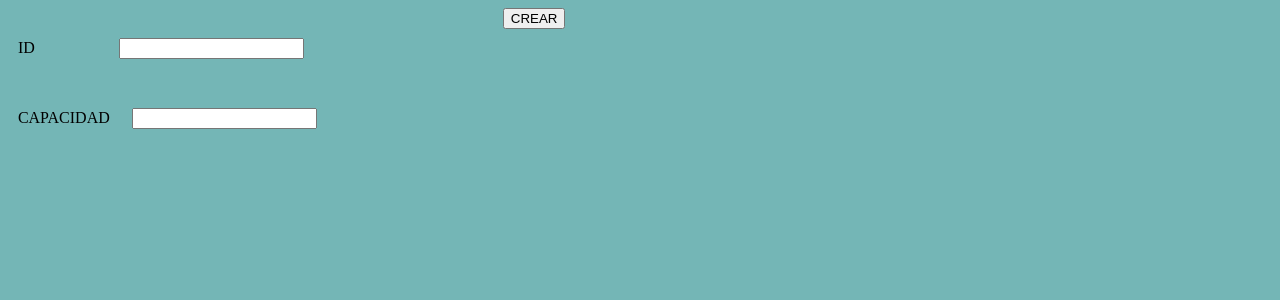
Repository: Robin-Rivadeneira/prueva_pablo
Page: index.html
An editor plug-in stored every save of this project. The page is shown before and after the next save, followed by the edit.
The browser window is 1280 px wide. The pictures show the whole page.

Above is the page before, as saved 2020-01-16 20:31:39.

### index.html
<!DOCTYPE html>
<html lang="en">
<head>
    <meta charset="UTF-8">
    <meta name="viewport" content="width=device-width, initial-scale=1.0">
    <meta http-equiv="X-UA-Compatible" content="ie=edge">
    <LINK REL=StyleSheet HREF="/css/bomberos.css" TYPE="text/css" MEDIA=screen>
    <title> Motobombas</title>
</head>
<body>
    <div>
        <label class="id">ID</label>
        <input type="number" id="id">
        <label class="capacidad">CAPACIDAD</label>
        <input type="number" id="capacidad" >
        <button type="button" class="button" onclick="moto.guardar()">CREAR</button>
    </div>
    <br>
    <div id="img">

    </div>
    <br>
    <div id="estado">

    </div>
    <br>
    <div id="pintar">
    </div>
</body>
<script src="/js/Motobomba.js"></script>
<script src="/js/Bombero.js"></script>
</html>

### css/bomberos.css
body{
    background-color: rgb(116, 182, 182);
}
.id{
    position: relative;
    left: 10px;
    top: 30px;
}
#id{
    position: relative;
    top: 30px;
    left: 90px;
}

.capacidad{
    position: relative;
    top: 100px;
    right: 200px;
}
#capacidad{
    position: relative;
    top: 100px;
    right: 182px;
}
.button{
    position: relative;
    top: ;
}

### js/Motobomba.js
class Motobomba {
    constructor(id, capacidad, estado = false) {
        this.id = id;
        this.capacidad = capacidad;
        this.estado = estado;
    }
    prender() {
        this.estado = true;
    }
    apagar() {
        this.estado = false;
    }
    getEstado() {
        return this.estado;
    }
    toString() {
        if (this.estado == true) {
            document.getElementById('estado').innerHTML='<img src="img/verde.jpg" windth="130px" height="100px">'
            var parrafo=document.createElement('p')
            parrafo.innerHTML = 'esta prendido'
            document.body.appendChild(parrafo)
            moto.apagar()
            document.getElementById("boton").innerHTML="prendido"

        }
        else if(this.estado == false) {
            document.getElementById('estado').innerHTML='<img src="img/rojo.jpg" windth="130px" height="100px">'
            var parrafo=document.createElement('p')
            parrafo.innerHTML = 'esta apagado'
            document.body.appendChild(parrafo)
            moto.prender()
            document.getElementById("boton").innerHTML="apagdo"
        }
    }
    guardar(){
        var recu= document.getElementById('id').value;
        var recu1=document.getElementById('capacidad').value;
        this.id=recu
        this.capacidad=recu1
        console.log(this.id)
        console.log(this.capacidad)
        document.getElementById('img').innerHTML='<img src="img/camion.jpg" windth="130px" height="100px">'
        document.getElementById('pintar').innerHTML='<button type="button" id="boton" onclick="moto.toString()">ESTADO</button>'
    }
}



let moto = new Motobomba()

### js/Bombero.js
class Bombero{
    constructor(nombre){
        this.nombre=nombre;
    }
    addHabilidad(){
        let habilidades=[];
        habilidades.push(this.nombre)
    }
}

After the next save:
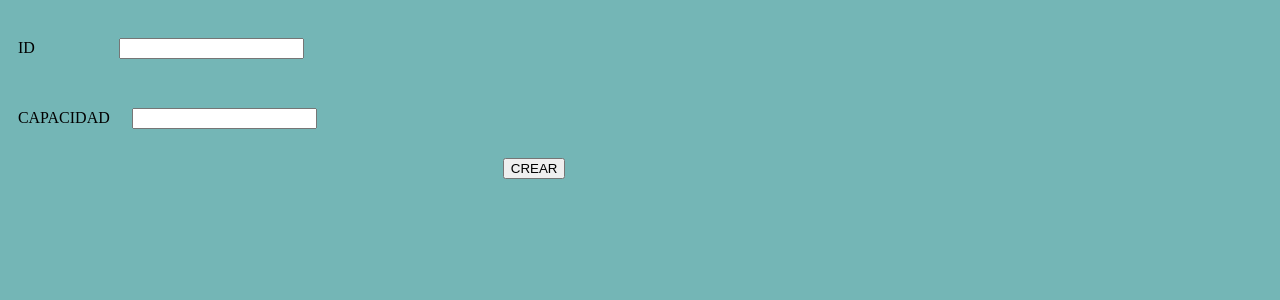
Saved 5 s later.
--- a/css/bomberos.css
+++ b/css/bomberos.css
@@ -24,5 +24,5 @@ body{
 }
 .button{
     position: relative;
-    top: ;
+    top: 150px;
 }
